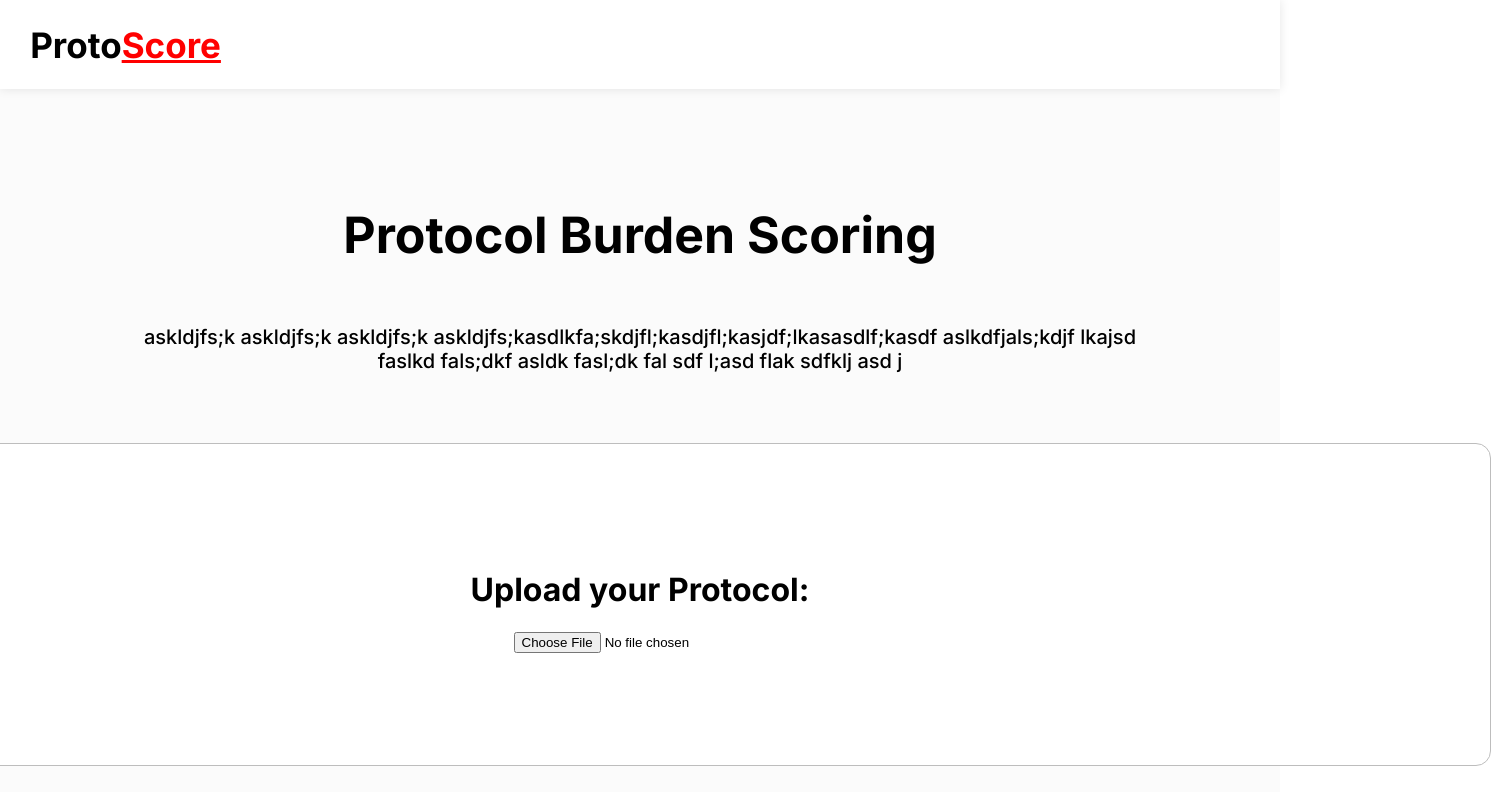
Repository: evanc108/Regeneron2024
Page: / (app in regeneron/)
The author's editor kept a copy of each file at every save. The page is drawn from the files as they stood at one save, then again after the next save.
The browser window is 1280 px wide. The page is 1491 px wide, so the pictures cover 1491 px, including what lies to the right of the window. The pictures show the whole page.
The project was rebuilt for these pictures with package versions that can differ from the ones it lists, and the page was loaded fresh each time.

Above is the page before, as saved 2024-05-14 02:27:51.

After the next save:
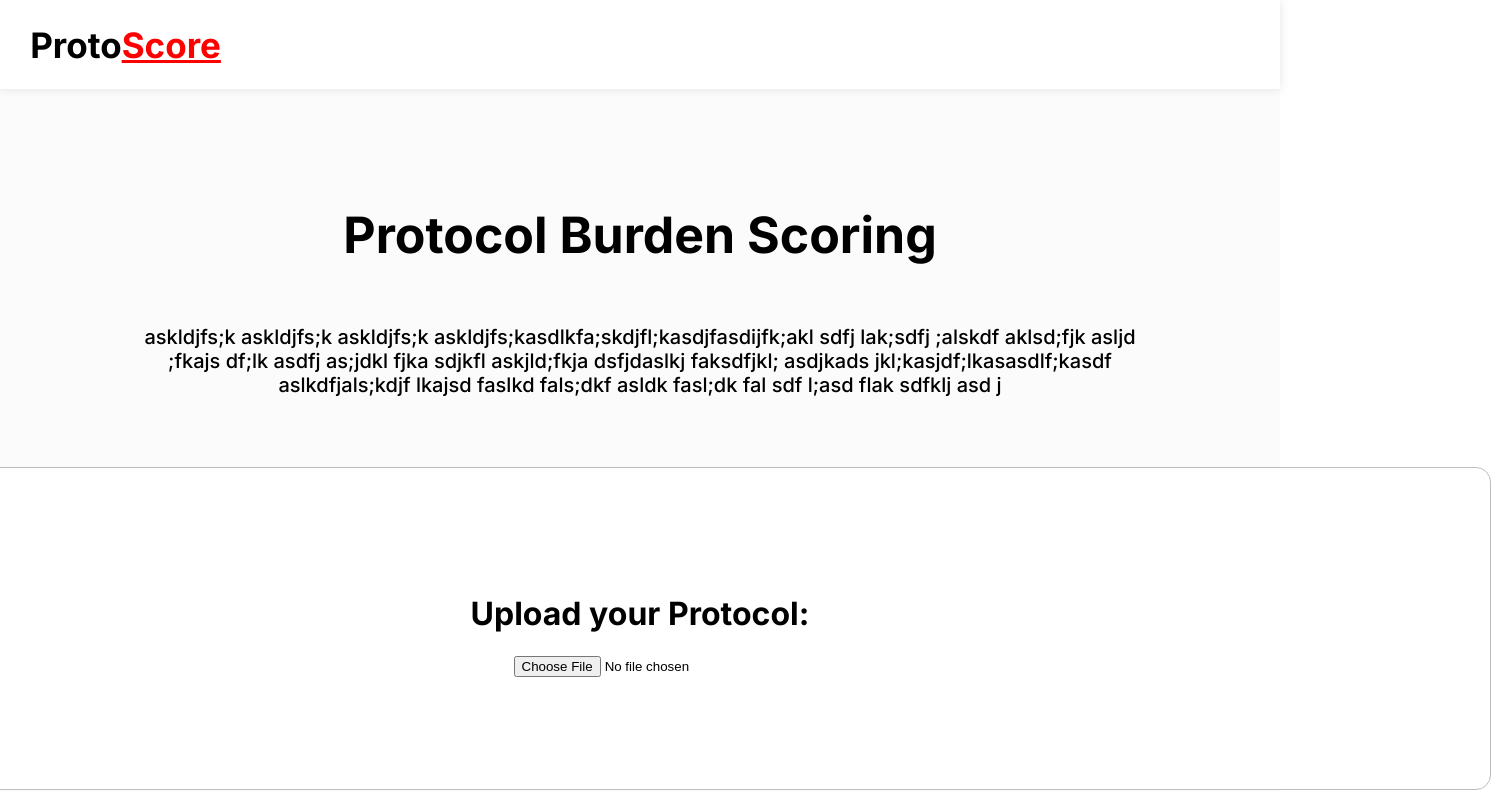
Saved 32 s later.
--- a/regeneron/src/pages/Feedback.js
+++ b/regeneron/src/pages/Feedback.js
@@ -42,7 +42,7 @@ function Feedback() {
                     <div className="onboarding">
                         <h1 style={{fontSize:"50px", marginBottom:"40px"}}>Protocol Burden Scoring</h1>
                         <p style={{textOverflow: "ellipsis", whiteSpace: "normal", width: "1000px"}}>
-                            askldjfs;k askldjfs;k askldjfs;k askldjfs;kasdlkfa;skdjfl;kasdjfl;kasjdf;lkasasdlf;kasdf aslkdfjals;kdjf lkajsd faslkd fals;dkf asldk fasl;dk fal sdf l;asd flak sdfklj asd j</p>
+                            askldjfs;k askldjfs;k askldjfs;k askldjfs;kasdlkfa;skdjfl;kasdjfasdijfk;akl sdfj lak;sdfj ;alskdf aklsd;fjk asljd ;fkajs df;lk asdfj as;jdkl fjka sdjkfl askjld;fkja dsfjdaslkj faksdfjkl; asdjkads jkl;kasjdf;lkasasdlf;kasdf aslkdfjals;kdjf lkajsd faslkd fals;dkf asldk fasl;dk fal sdf l;asd flak sdfklj asd j</p>
                     </div>
                     <div className='upload-file'>
                         {!fileUploaded && !loading && (
